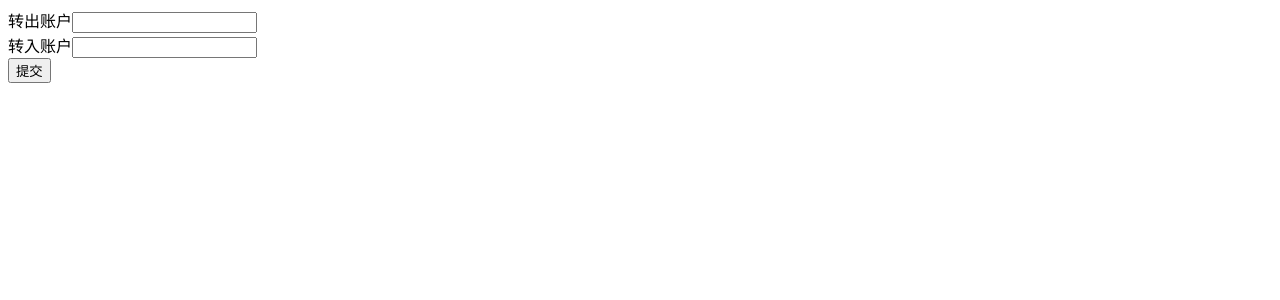
Repository: DataBoxWx/mvc_servlet_3
Page: http://localhost/mvc_1/transfer.jsp
An editor plug-in stored every save of this project. The page is shown before and after the next save, followed by the edit.
The browser window is 1280 px wide. The pictures show the whole page.
The page is served by Tomcat 9.

Above is the page before, as saved 2018-05-06 12:31:32.

After the next save:
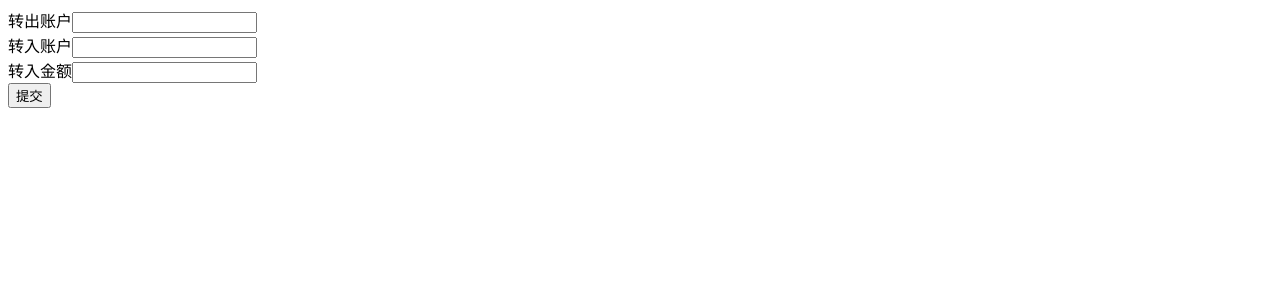
Saved 22 s later.
--- a/mvc_1/WebContent/transfer.jsp
+++ b/mvc_1/WebContent/transfer.jsp
@@ -14,6 +14,7 @@
 	<form action="account.do">
 		转出账户<input type="text" name="outaccount"><br/>
 		转入账户<input type="text" name="inaccount"><br/>
+		转入金额<input type="text" name="balance"><br/>
 		<input type="submit" value="提交">
 	</form>
 </body>
